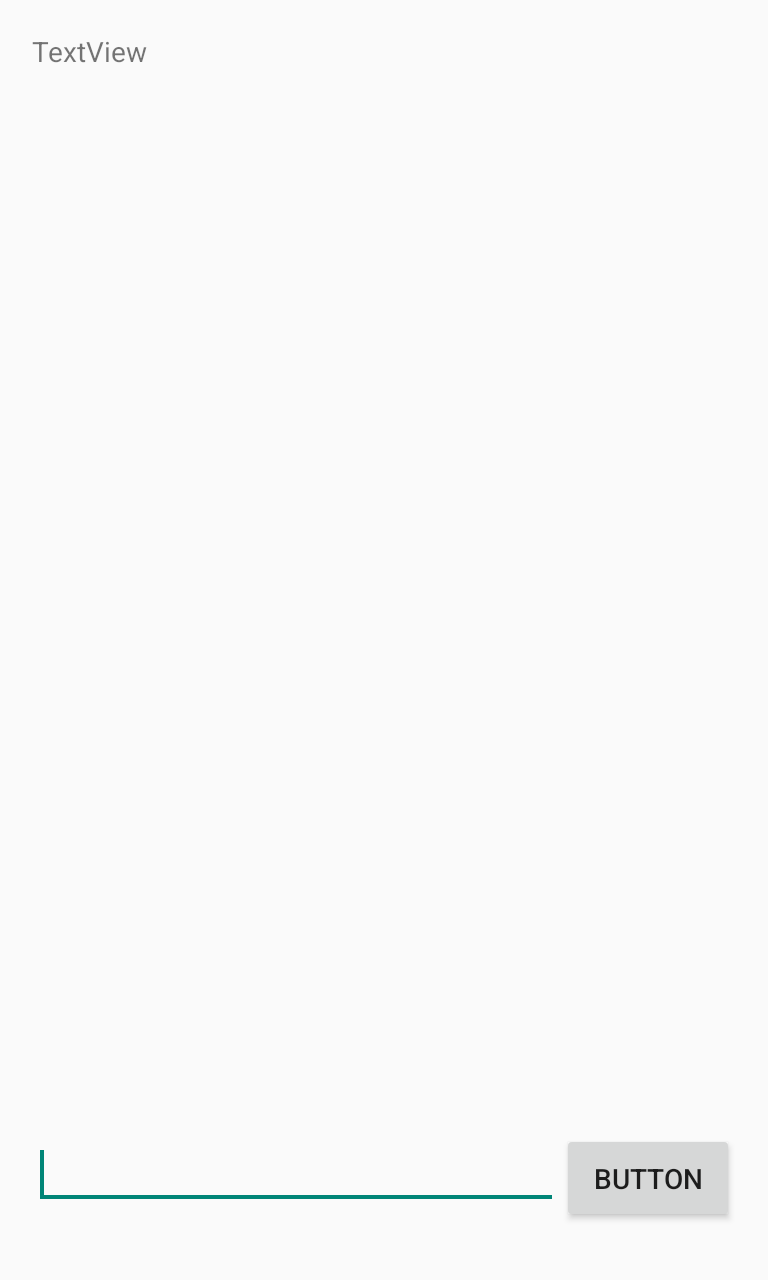
Repository: mg-badman/SPCS11
Layout: softproj_app_final/softwProj/res/layout/activity_main.xml
These files come from the project's save history. The layout is drawn as it stood at one moment and after the next save; the edit follows.
It is drawn on a 768 x 1280 px phone screen (xhdpi) without system bars, with theme AppTheme; the app's code is not run.

Above is the layout before, as saved 2015-06-01 02:25:51.

### softproj_app_final/softwProj/res/layout/activity_main.xml
<RelativeLayout xmlns:android="http://schemas.android.com/apk/res/android"
    xmlns:tools="http://schemas.android.com/tools"
    android:layout_width="match_parent"
    android:layout_height="match_parent"
    android:paddingBottom="@dimen/activity_vertical_margin"
    android:paddingLeft="@dimen/activity_horizontal_margin"
    android:paddingRight="@dimen/activity_horizontal_margin"
    android:paddingTop="@dimen/activity_vertical_margin"
    tools:context="com.test.softwproj.MainActivity" >

    <LinearLayout
        android:layout_width="fill_parent"
        android:layout_height="fill_parent"
        android:layout_alignParentLeft="true"
        android:layout_alignParentTop="true"
        android:orientation="vertical" >

        <TextView
            android:id="@+id/textView1"
            android:layout_width="fill_parent"
            android:layout_height="wrap_content"
            android:layout_weight="1"
            android:text="TextView" />

        <LinearLayout
            android:layout_width="fill_parent"
            android:layout_height="wrap_content"
            android:layout_weight="0.02">

            <EditText
                android:id="@+id/editText1"
                android:layout_width="wrap_content"
                android:layout_height="wrap_content"
                android:layout_weight="1"
                >

                <requestFocus />
            </EditText>

            <Button
                android:id="@+id/button1"
                android:layout_width="wrap_content"
                android:layout_height="wrap_content"
                android:layout_weight="0"
                android:text="Button" />

        </LinearLayout>

    </LinearLayout>

</RelativeLayout>

Loaded but not shown: softproj_app_final/softwProj/res/values/styles.xml (common file); softproj_app_final/softwProj/res/values-v11/styles.xml (common file); softproj_app_final/softwProj/res/values-v14/styles.xml (common file); softproj_app_final/softwProj/res/values/dimens.xml (common file); softproj_app_final/softwProj/res/values-w820dp/dimens.xml (common file)

After the next save:
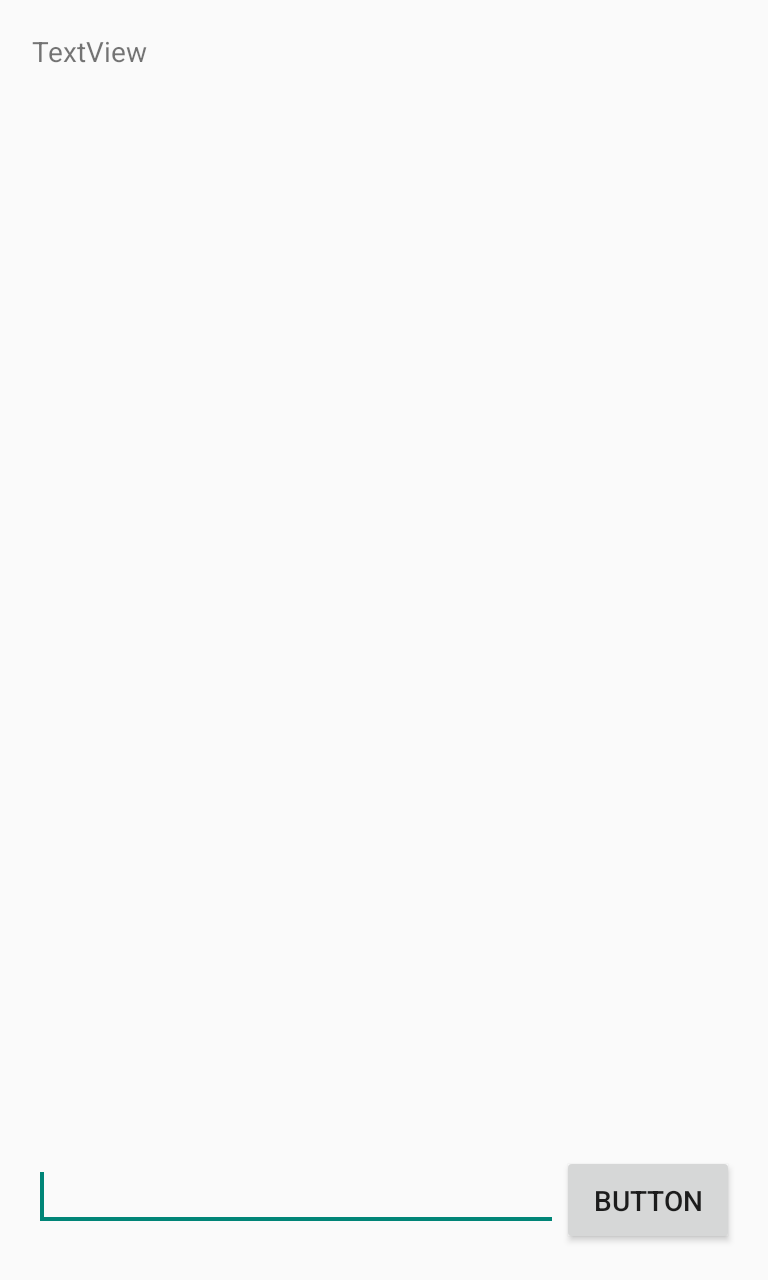
Saved 2 min 48 s later.
--- a/softproj_app_final/softwProj/res/layout/activity_main.xml
+++ b/softproj_app_final/softwProj/res/layout/activity_main.xml
@@ -24,8 +24,7 @@
 
         <LinearLayout
             android:layout_width="fill_parent"
-            android:layout_height="wrap_content"
-            android:layout_weight="0.02">
+            android:layout_height="wrap_content">
 
             <EditText
                 android:id="@+id/editText1"
